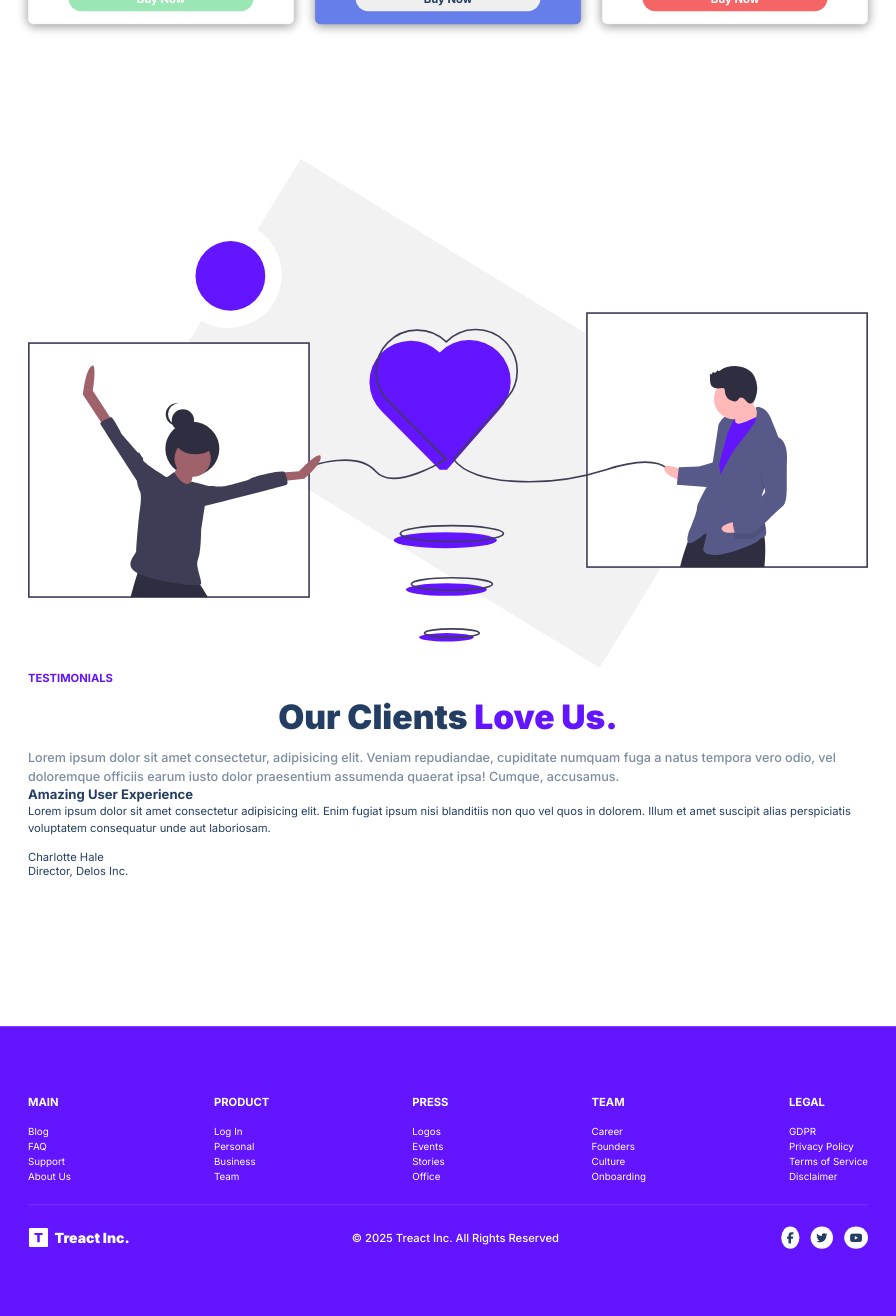
Repository: avivanguyen/m2_fianlProject
Page: index.html
The author's editor kept a copy of each file at every save. The page is drawn from the files as they stood at one save, then again after the next save.
The browser window is 1280 px wide. The pictures show the part of the page from y = 4450 to 6370 px (the page is 6330 px tall before and 6370 px after), at 70% of full size.
Some web libraries are served in a nearby version.

Above is the page before, as saved 2025-12-11 11:28:36.

After the next save:
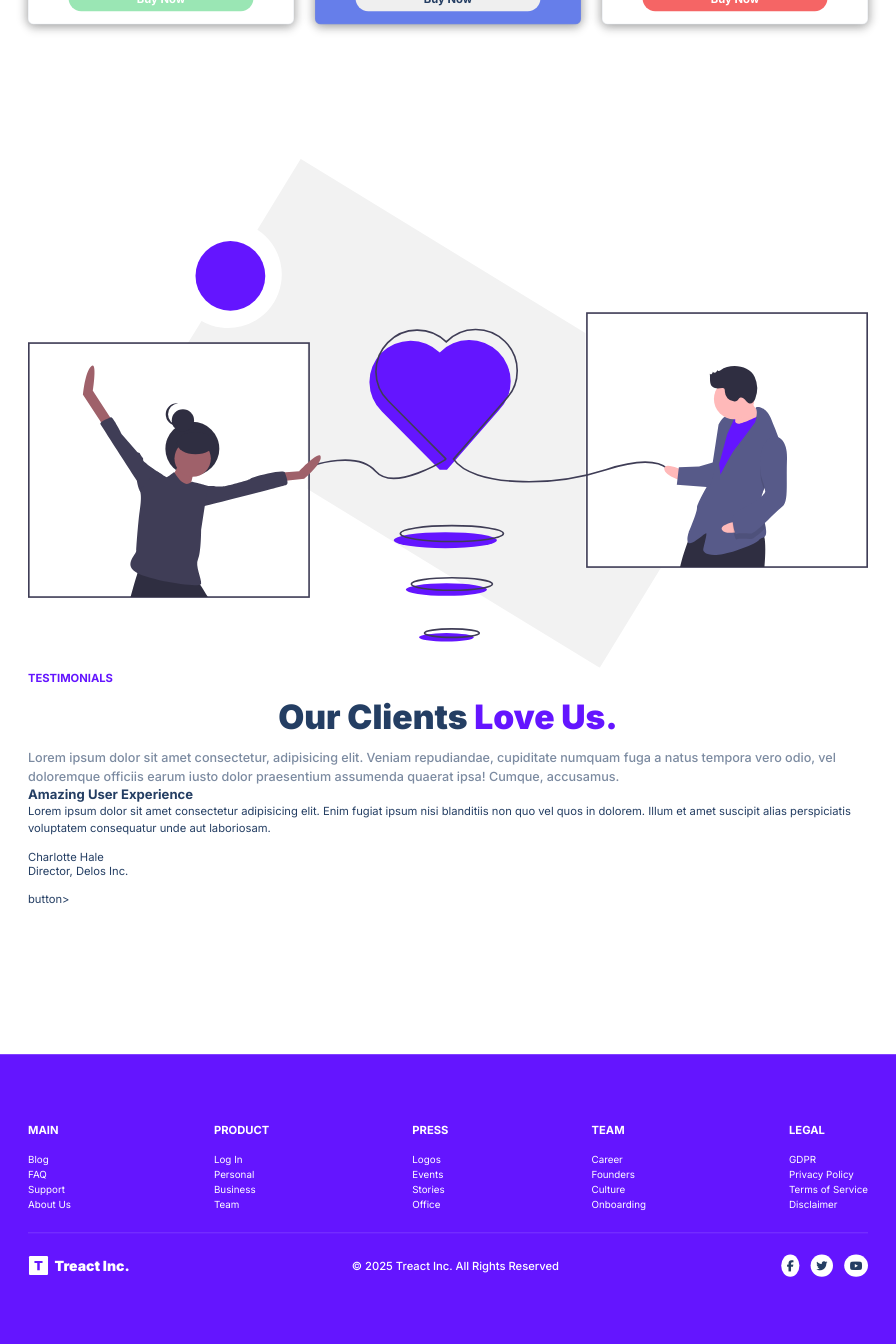
Saved 5 s later.
--- a/index.html
+++ b/index.html
@@ -335,7 +335,7 @@
                                         <div class="testimonial__role">Director, Delos Inc.</div>
                                     </div>
                                 <div class="testimonial__buttons">
-                                    <button class="testimonial__button"><button>
+                                    <button class="testimonial__button"></div>button>
                                     <div class="divider"></div>
                                     <button class="testimonial__button"></button>
                                 </div>
